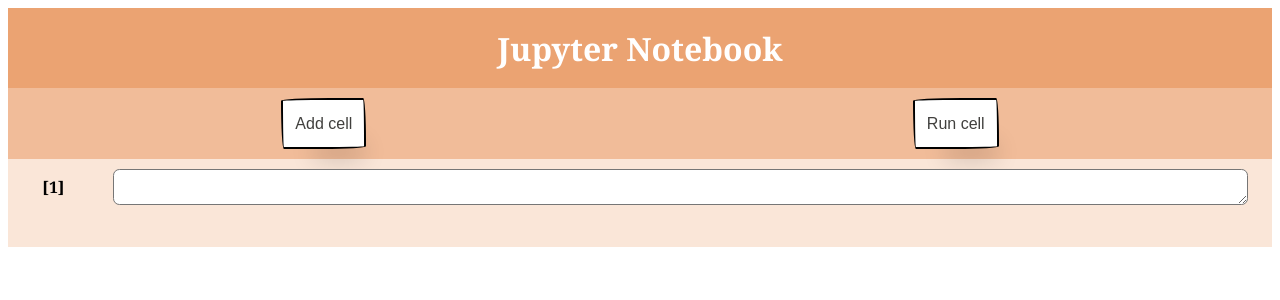
Repository: lingzi-liu/jupyter_notebook_prototype
Page: http://localhost/
The author's editor kept a copy of each file at every save. The page is drawn from the files as they stood at one save, then again after the next save.
The browser window is 1280 px wide. The pictures show the whole page.
The page is served by the project's application, run on Flask 3 (app.py).

Above is the page before, as saved 2022-11-13 03:52:27.

### templates/index.html
<!DOCTYPE html>
<html lang="en">

<head>
    <meta charset="UTF-8">
    <meta http-equiv="X-UA-Compatible" content="IE=edge">
    <meta name="viewport" content="width=device-width, initial-scale=1.0">
    <link rel="stylesheet" href="../static/styles/style.css">
    <script defer src="../static/scripts/command_handler.js"></script>
    <script defer src="../static/scripts/script.js"></script>
    <title>Jupter Notebook</title>
</head>

<body>
    <!-- Navigation Bar -->
    <div id="nav">
        <h1>Jupyter Notebook</h1>
    </div>


    <!-- Button Bar -->
    <div id="commands">
        <!-- Add Cell allows you to add new code cells -->
        <!--Triggering a function addCell() when clicked -->
        <button onclick="addCell()">Add cell</button>
        <!-- Run Cell allows you to run the code in a selected cell -->
        <!--Triggering a function runCell() when clicked -->
        <button onclick="runCell()" id="run">Run cell</button>
    </div>


    <!-- Cell list -->
    <div id="cell-list">
        <!-- Each cell is in separate division -->
        <!-- When clicked, the current cell should become the selected cell by triggering the function selectedCell(this) -->
        <div class="cell" id="1" onclick="selecteCell(this)">
            <h4>[1]</h4>
            <textarea onkeyup="do_resize(this);"></textarea>

            <!--a paragraph component below the cell box for the error message or result, if there is one
            -->
            <p></p>
        </div>
    </div>
</body>

</html>

### app.py
# Step1
from flask import Flask, request, render_template

from contextlib import redirect_stdout
import io
import ast # stands for abstract syntax tree

app = Flask(__name__)

# Step 3: Create a function evaluate_code(code) that takes in a string and returns the output
def evaluate_code(code):
    # Step2: Parse the input code
    parsed = ast.parse(code)


    # Context manager for temporarily redirecting sys.stdout to another file or file-like object.
    with redirect_stdout(io.StringIO()) as f:
        try:
            #
            for input in parsed.body:
                if type(input) == ast.Expr:
                    # eval() allows you to evaluate arbitrary Python expressions from a string-based or compiled-code-based input.
                    # diff: eval() only execute or evaluate expressions
                    result = eval(compile(ast.Expression(input.value), "<string>", "eval"), globals())
                    # show appropiate result
                    if result:
                        print(result)
                else:
                    # exec()can execute any piece of Python code.
                    exec(compile(ast.Module(body=[input], type_ignores=[]), "<string>", "exec"), globals())
        # If there is an exception, in the result print the exception with an error message
        except Exception as e:
            print('Error Occured!')
            print(e.__class__.__name__ + ' : ')
            print(e)


    return f.getvalue()


# Create a default ‘GET’ route for your flask object that directs you to the html page
@app.route('/',methods=['GET'])
def index():
    # Flask template
    # put index.html in templates folder otherwise it will throw a render_template error
    return render_template('index.html')

# Create ‘POST’ route that uses an evaluate function
@app.route('/evaluate', methods=['POST'])
def evaluate():
    # Step2: Extract the command from the json input
    data = request.json
    code = data['command']
    return {'result': evaluate_code(code)}

if __name__== '__main__':
    # set debug to true to see the log and applied changes
    app.run(port=8002, debug = True)

### static/styles/style.css
#nav {
  height: 80px;
  background-color: rgba(228, 126, 58, 0.712);
  font-weight: bold;
  display: flex;
  align-items: center;
}

#nav h1 {
  margin: auto;
  color: white;
  font-family: Georgia, 'Times New Roman', Times, serif;
  text-align: center;
}

#commands {
  background-color: rgba(228, 126, 58, 0.516);
  display: flex;
  justify-content: space-around;
}

#commands button {
  margin: 10px;
  align-self: center;
  background-color: #fff;
  background-image: none;
  background-position: 0 90%;
  background-repeat: repeat no-repeat;
  background-size: 4px 3px;
  border-radius: 15px 225px 255px 15px 15px 255px 225px 15px;
  border-style: solid;
  border-width: 2px;
  box-shadow: rgba(0, 0, 0, .2) 15px 28px 25px -18px;
  box-sizing: border-box;
  color: #41403e;
  cursor: pointer;
  display: inline-block;
  font-family: Neucha, sans-serif;
  font-size: 1rem;
  line-height: 23px;
  outline: none;
  padding: .75rem;
  text-decoration: none;
  transition: all 235ms ease-in-out;
  border-bottom-left-radius: 15px 255px;
  border-bottom-right-radius: 225px 15px;
  border-top-left-radius: 255px 15px;
  border-top-right-radius: 15px 225px;
  user-select: none;
  -webkit-user-select: none;
  touch-action: manipulation;
}

#commands button:hover {
  box-shadow: rgba(0, 0, 0, .3) 2px 8px 8px -5px;
  transform: translate3d(0, 2px, 0);
}

#commands button:focus {
  box-shadow: rgba(0, 0, 0, .3) 2px 8px 4px -6px;
}

#cell-list .cell {
  background-color: white;
  padding: 10px 5px;
  align-items: center;
  display: flex;
  flex-flow: row wrap;
  justify-content: space-around;
}

#cell-list .cell:hover {
  background-color: rgba(228, 126, 58, 0.195);
}

#cell-list .cell h4 {
  display: inline-block;
  margin: 0;
  padding: 0 10px;
  font-family: Georgia, 'Times New Roman', Times, serif;
}

#cell-list .cell textarea {
  border-radius: 0.4rem;
  border-color: 1px solid rgb(81, 139, 189);
  width: 90%;
}

#cell-list .cell p {
  width: 100%;
  font-family: Georgia, 'Times New Roman', Times, serif;
  margin-left: 40px;
}

### static/scripts/command_handler.js
// runCell() takes the code in the cell and outputs the result if there is a result or the error if there is an error
function runCell() {
    // disable the button from being run again until we process the current code
    runButton = document.getElementById('run');
    runButton.disabled = true;

    cellNum = document.getElementById(selectedCellNumber);
    // get text from the textarea
    text = cellNum.children[1].value;

    // Send the text to the python backend as a command
    // get the response from post request
    fetch('/evaluate', {
        method: 'POST',
        headers: {
            'Content-Type': 'application/json'
        },
        body: JSON.stringify({
            command: text
        })
    }).then((response) => response.json()).then((data) => {
        // Insert the response below the respective code cell as a string
        cellNum.children[2].innerText = data.result;

        // enable the button again
        runButton.disabled = false;
    });
}

### static/scripts/script.js
let selectedCellNumber = 1;
let maxCellNumber = 1;

function do_resize(textbox) {

    var maxrows = 50;
    var txt = textbox.value;
    var cols = textbox.cols;

    var arraytxt = txt.split('\n');
    var rows = arraytxt.length;

    for (i = 0; i < arraytxt.length; i++)
        rows += parseInt(arraytxt[i].length / cols);

    if (rows > maxrows) textbox.rows = maxrows;
    else textbox.rows = rows;
}

function selecteCell(cell) {
    if (selectedCellNumber) {
        document.getElementById(selectedCellNumber).style.backgroundColor = "white";
    }
    selectedCellNumber = cell.id;
    document.getElementById(selectedCellNumber).style.backgroundColor = "rgba(228, 126, 58, 0.195)";
    console.log('cell selected: ', selectedCellNumber)
}

// automatically select the first cell
selecteCell(document.getElementById("1"))

function addCell() {
    maxCellNumber++;
    cellList = document.getElementById("cell-list");
    cellList.insertAdjacentHTML('beforeend',
        `<div class="cell" id="${maxCellNumber}" onclick="selecteCell(this)">
            <h4>[${maxCellNumber}]</h4>
            <textarea onkeyup="do_resize(this);"></textarea>
            <p></p>
        </div>`);

    selecteCell(document.getElementById(maxCellNumber));
}

After the next save:
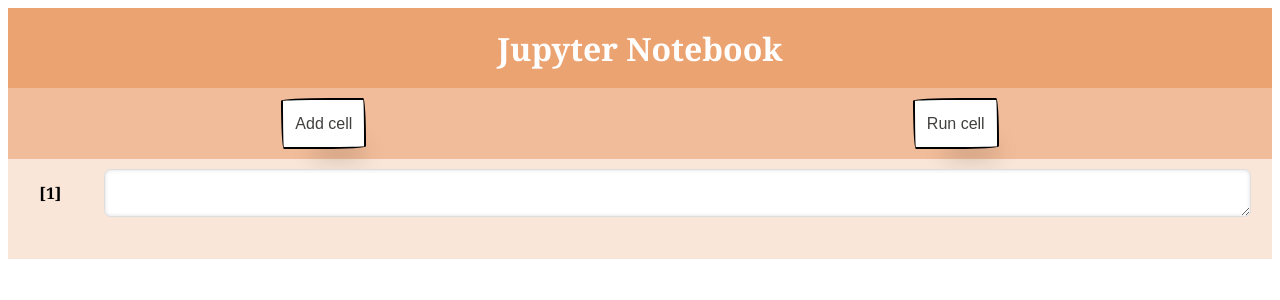
Saved 104 s later.
--- a/static/styles/style.css
+++ b/static/styles/style.css
@@ -82,7 +82,17 @@
 
 #cell-list .cell textarea {
   border-radius: 0.4rem;
-  border-color: 1px solid rgb(81, 139, 189);
+  border: 1px solid #ddd;
+  padding: 0.5rem;
+  color: #666;
+  box-shadow: inset 0 0 0.25rem #ddd;
+
+  &:focus {
+    outline: none;
+    border: 1px solid darken(#ddd, 5%);
+    box-shadow: inset 0 0 0.5rem darken(#ddd, 5%);
+  }
+
   width: 90%;
 }
 
